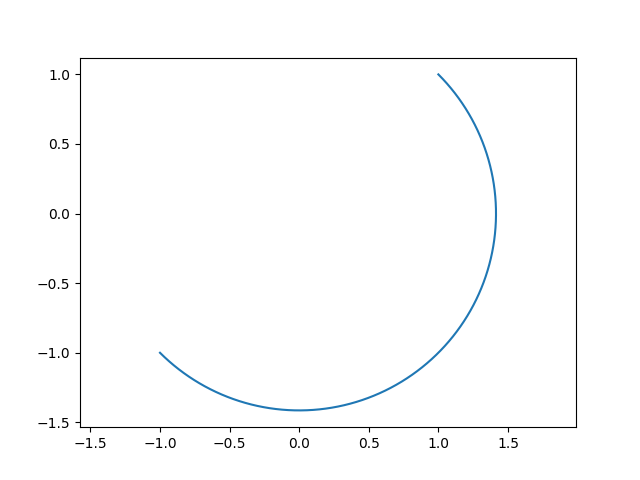
Repository: lbylzkx/Circle-Point-Manuscript
Script's output: python draw_flower_test.py
The author's editor kept a copy of each file at every save. The script's output is drawn from the files as they stood at one save, then again after a run of saves.
Random numbers start from a fixed seed.

Above is the script's output before, as saved 2023-09-20 09:53:49.

After the next 2 saves:
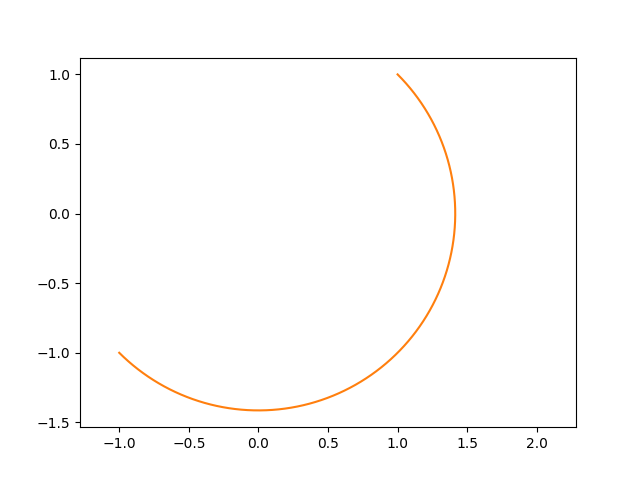
The 2 saves are shown as one change because 1 did not build or start.
The last was saved 82 s later.
--- a/draw_arc.py
+++ b/draw_arc.py
@@ -31,6 +31,11 @@
 # 示例
 # draw_arc((1, 1), (2, 1), (1, 0))
 # draw_arc((1, 1), (1, 0), (2, 1))
+# arc((0, 0), (-1, -1), (1, 1))
+
+arc((0, 1), (2, 1), (2, 1))
 arc((0, 0), (-1, -1), (1, 1))
+
+
 plt.axis('equal')
 plt.show()

After the save that followed:
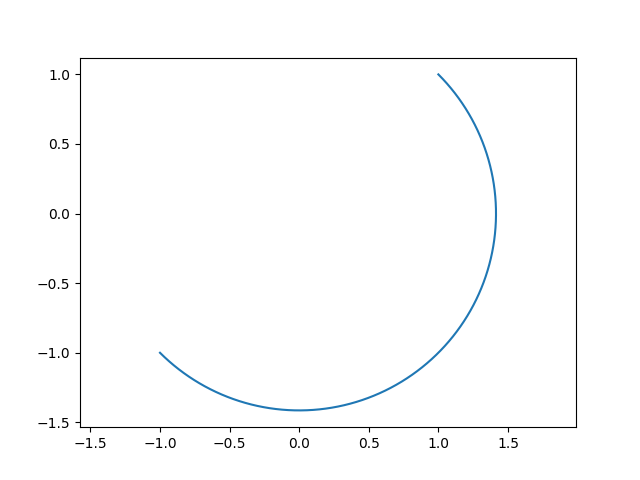
Saved 17 s later.
--- a/draw_arc.py
+++ b/draw_arc.py
@@ -33,7 +33,7 @@
 # draw_arc((1, 1), (1, 0), (2, 1))
 # arc((0, 0), (-1, -1), (1, 1))
 
-arc((0, 1), (2, 1), (2, 1))
+# arc((0, 1), (2, 1), (2, 1))
 arc((0, 0), (-1, -1), (1, 1))
 
 
